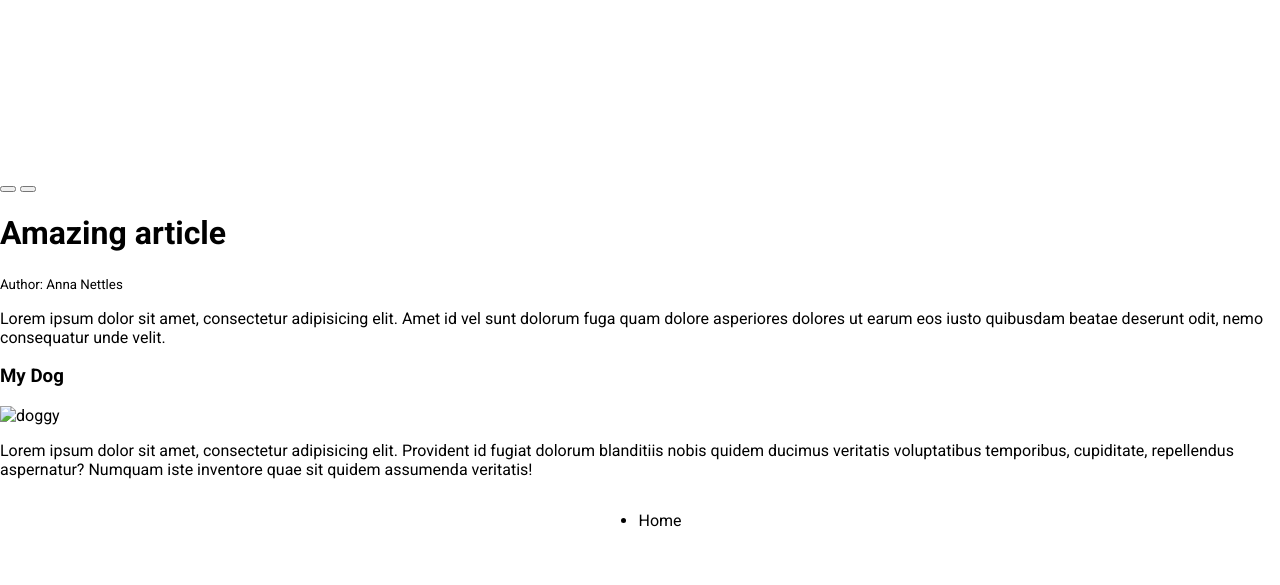
Repository: thecoachanna/rotating-navbar
Page: index.html
An editor plug-in stored every save of this project. The page is shown before and after the next save, followed by the edit.
The browser window is 1280 px wide. The pictures show the whole page.
Some web fonts or font styles are not loaded; a fallback is used.

Above is the page before, as saved 2023-02-16 08:48:09.

### index.html
<!DOCTYPE html>
<html lang="en">
<head>
    <meta charset="UTF-8">
    <meta http-equiv="X-UA-Compatible" content="IE=edge">
    <meta name="viewport" content="width=device-width, initial-scale=1.0">
    <link rel="stylesheet" href="style.css">
    <title>Rotating Navigation</title>
</head>
<body>
    <div class="container">
        <div class="circle-container">
            <div class="circle">
                <button id="close">
                    <i class="fas fa-times"></i>
                </button>
                <button id="open">
                    <i class="fas fa-times"></i>
                </button>
            </div>
        </div>
        <div class="content">
            <h1>Amazing article</h1>
            <small>Author: Anna Nettles</small>
            <p>Lorem ipsum dolor sit amet, consectetur adipisicing elit. Amet id vel sunt dolorum fuga quam dolore asperiores dolores ut earum eos iusto quibusdam beatae deserunt odit, nemo consequatur unde velit.</p>

            <h3>My Dog</h3>
            <img src="" alt="doggy">
            <p>Lorem ipsum dolor sit amet, consectetur adipisicing elit. Provident id fugiat dolorum blanditiis nobis quidem ducimus veritatis voluptatibus temporibus, cupiditate, repellendus aspernatur? Numquam iste inventore quae sit quidem assumenda veritatis!</p>
        </div>
    </div>

    <nav>
        <ul>
            <li><i class="fas fa-home"></i>Home</li>
        </ul>
    </nav>
    <script src="script.js"></script>
</body>
</html>

### style.css
@import url('https://fonts.googleapis.com/css2?family=Inter:wght@400;600;700&family=Lato:wght@100&family=Oswald:wght@700&family=Outfit&family=Poiret+One&family=Roboto:wght@400;700&display=swap');


* {
    box-sizing: border-box;
}

body {
    font-family: 'Roboto', sans-serif;
    display: flex;
    flex-direction: column;
    align-items: center;
    justify-content: center;
    height: 100vh;
    overflow: hidden;
    margin: 0;
}

Loaded but not shown: script.js (no copy from this time; the picture is the same without it)

After the next save:
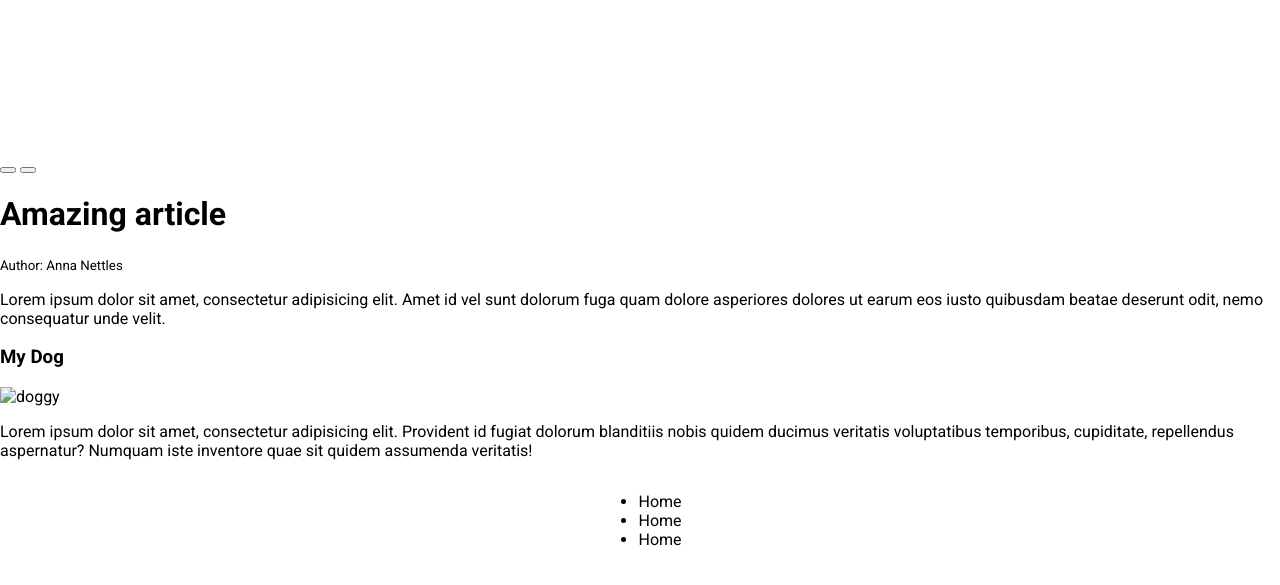
Saved 11 s later.
--- a/index.html
+++ b/index.html
@@ -33,6 +33,8 @@
     <nav>
         <ul>
             <li><i class="fas fa-home"></i>Home</li>
+            <li><i class="fas fa-home"></i>Home</li>
+            <li><i class="fas fa-home"></i>Home</li>
         </ul>
     </nav>
     <script src="script.js"></script>
